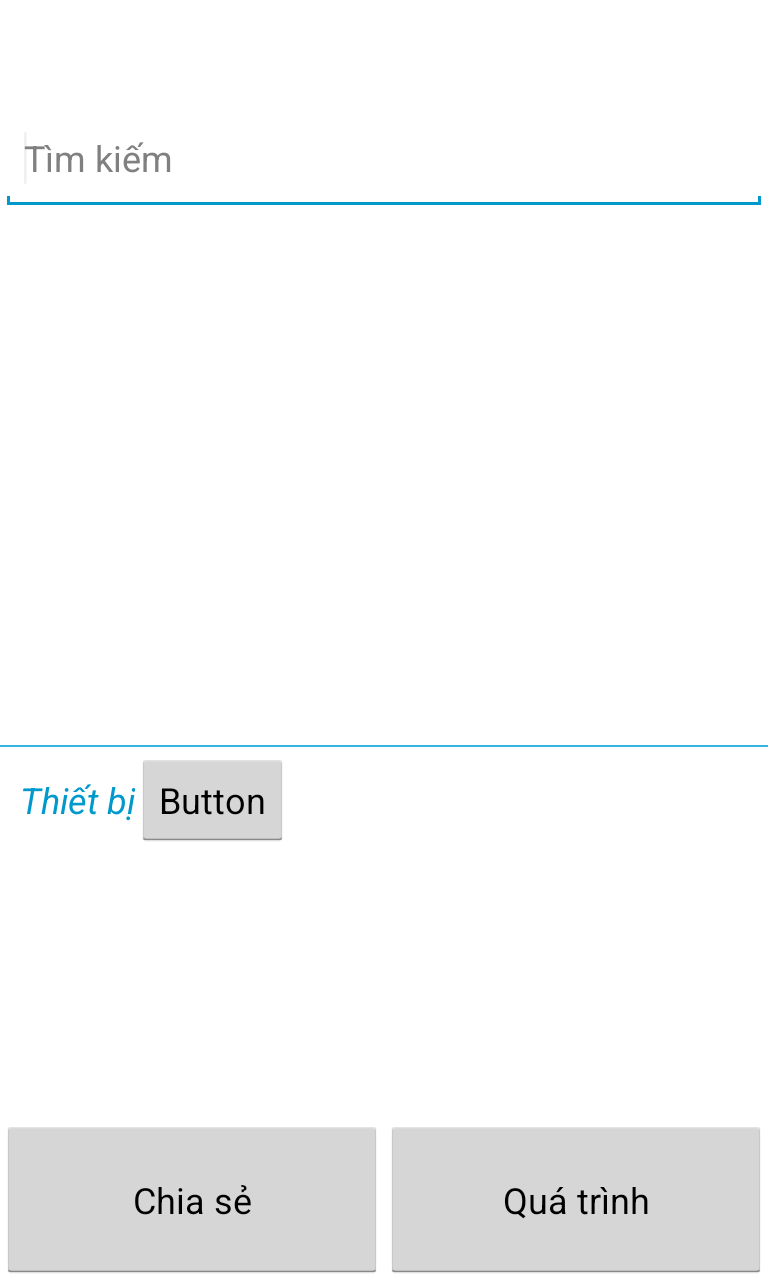
Repository: thinhnk55/android-appshare
Layout: ShareApp/res/layout/activity_main.xml
The author's editor kept a copy of each file at every save. The layout is drawn from the files as they stood at one save, then again after the next save.
It is drawn on a 768 x 1280 px phone screen (xhdpi) without system bars, with theme AppTheme; the app's code is not run.

Above is the layout before, as saved 2014-07-17 15:38:48.

After the next save:
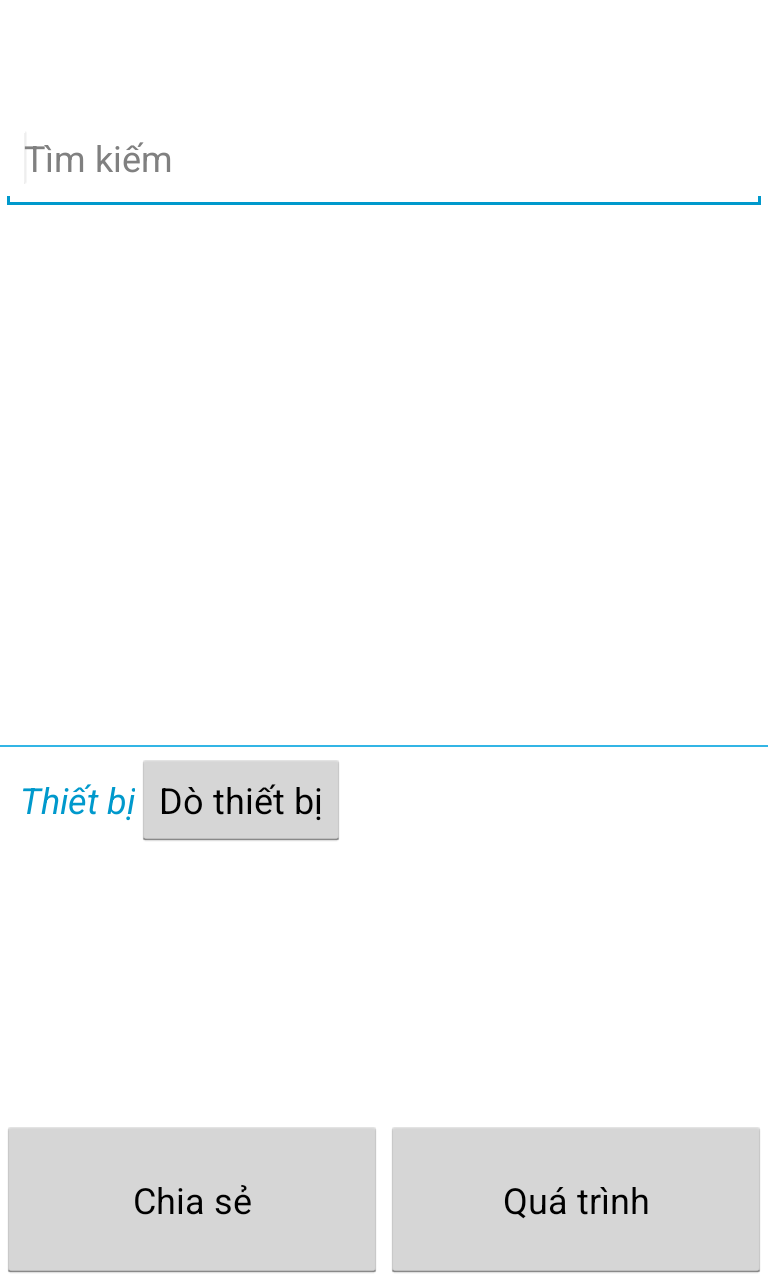
Saved 8 s later.
--- a/ShareApp/res/layout/activity_main.xml
+++ b/ShareApp/res/layout/activity_main.xml
@@ -69,7 +69,7 @@
                     android:id="@+id/btScan"
                     android:layout_width="wrap_content"
                     android:layout_height="wrap_content"
-                    android:text="Button" />
+                    android:text="@string/scan" />
 
             </LinearLayout>
 
